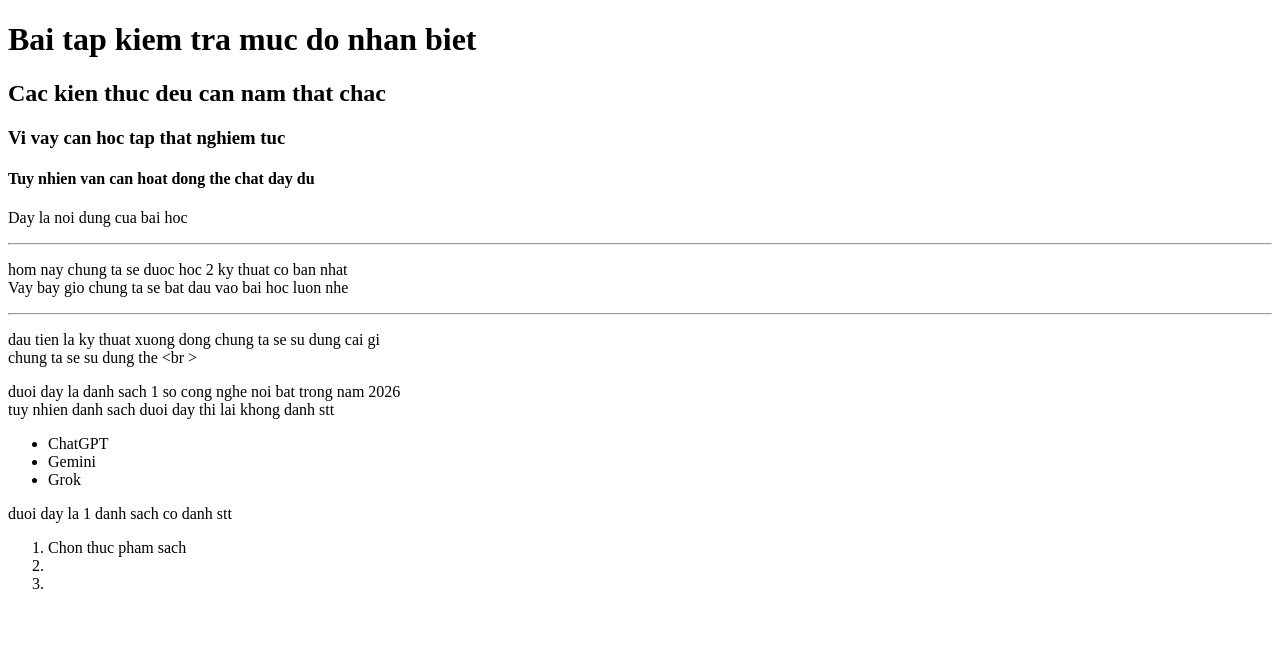
Repository: bachphamudu/my-tech-docs
Page: index.html
These files come from the project's save history. The page is drawn as it stood at one moment and after the next save; the edit follows.
The browser window is 1280 px wide. The pictures show the whole page.

Above is the page before, as saved 2026-10-17 09:20:06.

### index.html
<!DOCTYPE html>
<html lang="vi">
<head>
    <meta charset="UTF-8">
    <meta name="viewport" content="width=device-width, initial-scale=1.0">
    <title>Bai tap</title>
</head>
<body>
    <h1>Bai tap kiem tra muc do nhan biet</h1>
    <h2>Cac kien thuc deu can nam that chac</h2>
    <h3>Vi vay can hoc tap that nghiem tuc</h3>
    <h4>Tuy nhien van can hoat dong the chat day du</h4>
    <p>Day la noi dung cua bai hoc</p>
    <hr>
    <p>hom nay chung ta se duoc hoc 2 ky thuat co ban nhat <br>
    Vay bay gio chung ta se bat dau vao bai hoc luon nhe</p>
    <hr>
    <p>dau tien la ky thuat xuong dong chung ta se su dung cai gi <br>
    chung ta se su dung the &lt;br	&gt;</p>
    <p>duoi day la danh sach 1 so cong nghe noi bat trong nam 2026 <br>
    tuy nhien danh sach duoi day thi lai khong danh stt</p>
    <ul>
        <li>ChatGPT</li>
        <li>Gemini</li>
        <li>Grok</li>
    </ul>
    <p>duoi day la 1 danh sach co danh stt</p>
    <ol>
        <li>Chon thuc pham sach</li>
        <li></li>
        <li></li>
    </ol>
</body>
</html>

After the next save:
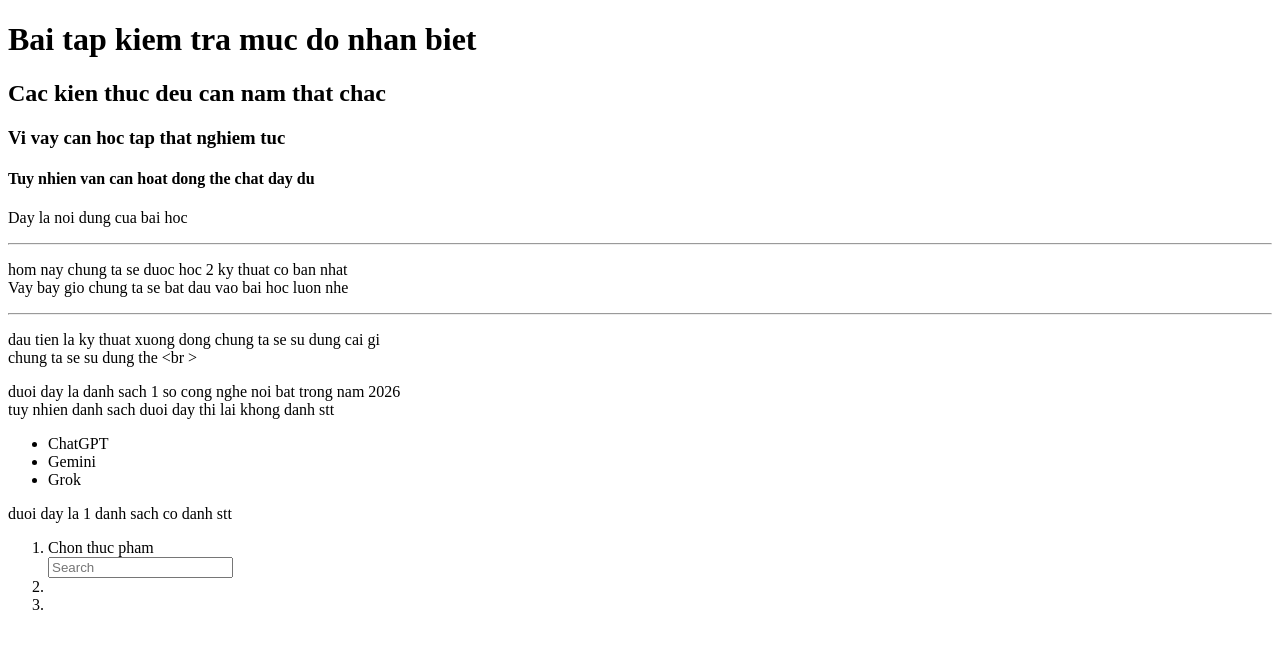
Saved 31 s later.
--- a/index.html
+++ b/index.html
@@ -26,7 +26,12 @@
     </ul>
     <p>duoi day la 1 danh sach co danh stt</p>
     <ol>
-        <li>Chon thuc pham sach</li>
+        <li>Chon thuc pham <div class="search">
+          <div class="search-icon"></div>
+          <div class="search-field">
+            <input type="text" class="search-input" placeholder="Search">
+          </div>
+        </div></li>
         <li></li>
         <li></li>
     </ol>
